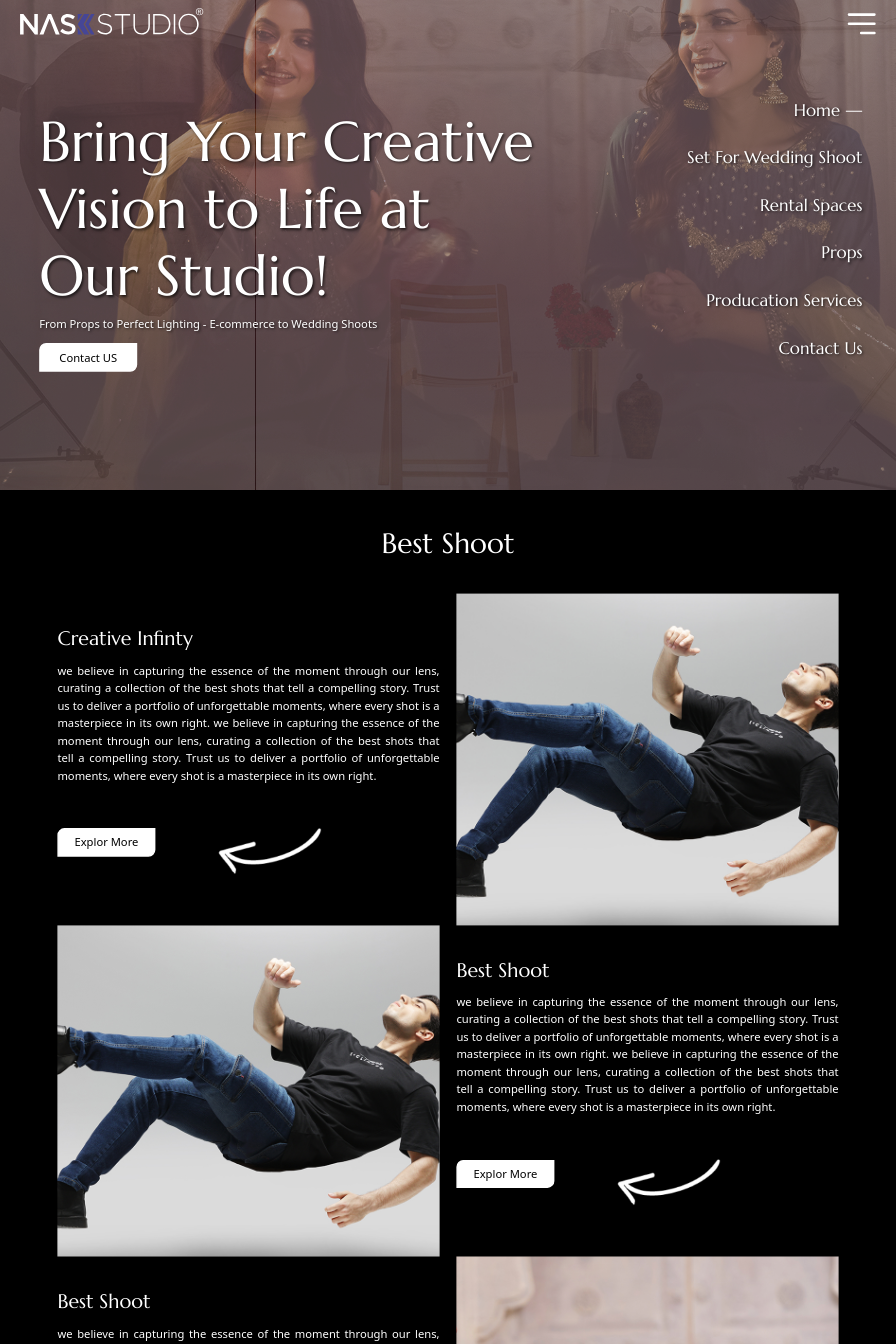
Repository: sagheerNaskSoft/nask-studio-sec-phase
Page: /
The author's editor kept a copy of each file at every save. The page is drawn from the files as they stood at one save, then again after the next save.
The browser window is 1280 px wide. The pictures show the part of the page from y = 0 to 1920 px (the page is 4350 px tall), at 70% of full size.
Backgrounds fixed to the window are drawn as part of the page. The project was rebuilt for these pictures with package versions that can differ from the ones it lists, and the page was loaded fresh each time. Also part of the build but not shown: src/Pages/About.js, src/Component/NavFooter/NavBar.js, src/Component/WeddingSets/Banner.js, src/Component/WeddingSets/StudioSection.js, src/Pages/WeddingSets.js, src/Component/ProductionService/Form1.js, src/Component/ProductionService/Form2.js, src/Component/ProductionService/Form3.js and 12 more.

Above is the page before, as saved 2025-02-03 17:35:56.

### public/index.html
<!DOCTYPE html>
<html lang="en">
  <head>
    <meta charset="utf-8" />
    <link rel="icon" href="%PUBLIC_URL%/favicon.ico" />
    <meta name="viewport" content="width=device-width, initial-scale=1" />
    <meta name="theme-color" content="#000000" />
    <meta
      name="description"
      content="Web site created using create-react-app"
    />
    <link rel="apple-touch-icon" href="%PUBLIC_URL%/logo192.png" />
    <!--
      manifest.json provides metadata used when your web app is installed on a
      user's mobile device or desktop. See https://developers.google.com/web/fundamentals/web-app-manifest/
    -->
    <link rel="manifest" href="%PUBLIC_URL%/manifest.json" />
    <!--
      Notice the use of %PUBLIC_URL% in the tags above.
      It will be replaced with the URL of the `public` folder during the build.
      Only files inside the `public` folder can be referenced from the HTML.

      Unlike "/favicon.ico" or "favicon.ico", "%PUBLIC_URL%/favicon.ico" will
      work correctly both with client-side routing and a non-root public URL.
      Learn how to configure a non-root public URL by running `npm run build`.
    -->
    <title>Nask Studio | Studio Space | Studio Rent</title>
  </head>
  <body>
    <noscript>You need to enable JavaScript to run this app.</noscript>
    <div id="root"></div>
    <!--
      This HTML file is a template.
      If you open it directly in the browser, you will see an empty page.

      You can add webfonts, meta tags, or analytics to this file.
      The build step will place the bundled scripts into the <body> tag.

      To begin the development, run `npm start` or `yarn start`.
      To create a production bundle, use `npm run build` or `yarn build`.
    -->
  </body>
</html>

### src/Component/HomePage/Banner.js
import React, { useEffect, useState } from 'react'
import img1 from '../../Assete/HomaBanner/1.jpg'
import img2 from '../../Assete/HomaBanner/2.jpg'
import img3 from '../../Assete/HomaBanner/3.jpg'
import img4 from '../../Assete/HomaBanner/4.jpg'
import img5 from '../../Assete/HomaBanner/5.jpg'
import img6 from '../../Assete/HomaBanner/6.jpg'
import img7 from '../../Assete/HomaBanner/7.jpg'
import img8 from '../../Assete/HomaBanner/8.jpg'
import logo from '../../Assete/logo/Naskstudio (R).svg'
import { HiMiniBars3BottomRight } from 'react-icons/hi2'
import { Link } from 'react-router-dom'
import { TfiLayoutLineSolid } from 'react-icons/tfi'
import { PiFlipVerticalLight } from 'react-icons/pi'

function Banner({ mousePosition }) {
    const [currentIndex, setCurrentIndex] = useState(0);
    const [isMenuOpen, setIsMenuOpen] = useState(false); // State to toggle menu visibility

    const toggleMenu = () => {
        setIsMenuOpen(!isMenuOpen);
    };
    const images = [
        {
            src: img1,
            text: `Your Perfect Studio <br/> Space for Every<br/> Occasion!`,
            pera: "Props for Every Shoot | E-commerce Photography | Wedding Memories"
        },
        {
            src: img2,
            text: `Studio Space for Rent:<br/> Create, Capture, <br/>Celebrate!`,
            pera: "E-commerce, Weddings, & More - Fully Equipped for Your Vision"
        },
        {
            src: img3,
            text: "Bring Your Creative<br/> Vision to Life at<br/> Our Studio!",
            pera: "From Props to Perfect Lighting - E-commerce to Wedding Shoots"
        },
        {
            src: img4,
            text: "Shoot Like a <br/> Pro in Our Studio<br/> Space!",
            pera: "Ideal for E-commerce, Weddings, and Every Special Moment"
        },
        {
            src: img5,
            text: "Rent the Best<br/> Studio for  Your <br/>Creative Projects!",
            pera: "Props, Perfect Lighting, and Space for All Your Shootsc"
        },
        {
            src: img6,
            text: "Where Creativity<br/> Meets Comfort: Rent <br/> Our Studio!",
            pera: "Where Creativity Meets Comfort: Rent Our Studio!"
        },
        {
            src: img7,
            text: "Where Creativity<br/> Meets Comfort: Rent <br/> Our Studio!",
            pera: "Where Creativity Meets Comfort: Rent Our Studio!"
        },
        {
            src: img8,
            text: "Where Creativity<br/> Meets Comfort: Rent <br/> Our Studio!",
            pera: "Where Creativity Meets Comfort: Rent Our Studio!"
        },

    ];


    useEffect(() => {
        const interval = setInterval(() => {
            setCurrentIndex((prevIndex) => (prevIndex + 1) % images.length);
        }, 3000); // Change every 3 seconds
        return () => clearInterval(interval);
    }, [images.length]);
    return (
        <div className="background-container">
            {/* <div
      className="animated-circle"
      style={{
        transform: `translate(${mousePosition.x}px, ${mousePosition.y}px)`,
      }}
    ></div> */}
            {images.map((image, index) => (
                <div
                    key={index}
                    className={`background ${index === currentIndex ? "active" : ""}`}
                    style={{
                        background: `linear-gradient(to right, rgba(0, 0, 0, 0.338), rgba(0, 0, 0, 0.464)), url(${image.src})`,
                        backgroundSize: "cover",
                        backgroundPosition: "top",
                    }}
                ></div>
            ))}
            <div className='home-bar d-flex justify-content-between px-4'>
                <Link to="/">
                <img className='logo' src={logo} alt='logo' />
                </Link>
                <HiMiniBars3BottomRight className='icons' onClick={toggleMenu} />

                {/* Your Menu */}

                    <div className={`menu ${isMenuOpen?"active":""}`}>
                        {/* Your menu items here */}
                        <div>
                            <ul className='menu-list'>
                                <li>
                                    <Link to={'/'}>Home<TfiLayoutLineSolid className='ms-2' /></Link>
                                </li>
                                <li>
                                    <Link to={'/wedding-sets'}>Set For Wedding Shoot</Link>
                                </li>
                                <li>
                                    <Link to={'/rental-spaces'}>Rental Spaces</Link>
                                </li>
                                <li>
                                    <Link to={'/props'}>Props</Link>
                                </li>
                                <li>
                                    <Link to={'/production-service'}>Producation Services</Link>
                                </li>
                                <li>
                                    <Link>Contact Us</Link>
                                </li>
                                <div className='close-minu-button'>
                                    <button onClick={toggleMenu}>close Menu</button>
                                </div>
                            </ul>
                        </div>
                    </div>

            </div>
            <div className="text-overlay">
                <div>
                    <h1 dangerouslySetInnerHTML={{
                        __html: images[currentIndex].text,
                    }}>

                    </h1>
                    <p>{images[currentIndex].pera}</p>
                    <button className='banner_btn'>Contact US <PiFlipVerticalLight className="btn_icon" />
                    </button>
                </div>
                <div>
                    <ul>
                        <li>
                            <Link to={'/'}>Home<TfiLayoutLineSolid className='ms-2' /></Link>
                        </li>
                        <li>
                            <Link to={'/wedding-sets'}>Set For Wedding Shoot</Link>
                        </li>
                        <li>
                            <Link to={'/rental-spaces'}>Rental Spaces</Link>
                        </li>
                        <li>
                            <Link to={'/props'}>Props</Link>
                        </li>
                        <li>
                            <Link to={'/production-service'}>Producation Services</Link>
                        </li>
                        <li>
                            <Link>Contact Us</Link>
                        </li>

                    </ul>
                </div>
            </div>

        </div>
    )
}

export default Banner

Loaded but not shown: src/index.js (common file); src/index.css (common file); src/reportWebVitals.js (common file); src/Component/HomePage/ShootSection.js (99 lines, source omitted); src/Component/NavFooter/Footer.js (43 lines, source omitted); src/Component/HomePage/SerivceSetion.js (67 lines, source omitted); src/Pages/Home.js (36 lines, source omitted); src/App.js (31 lines, source omitted); src/App.css (916 lines, source omitted)

After the next save:
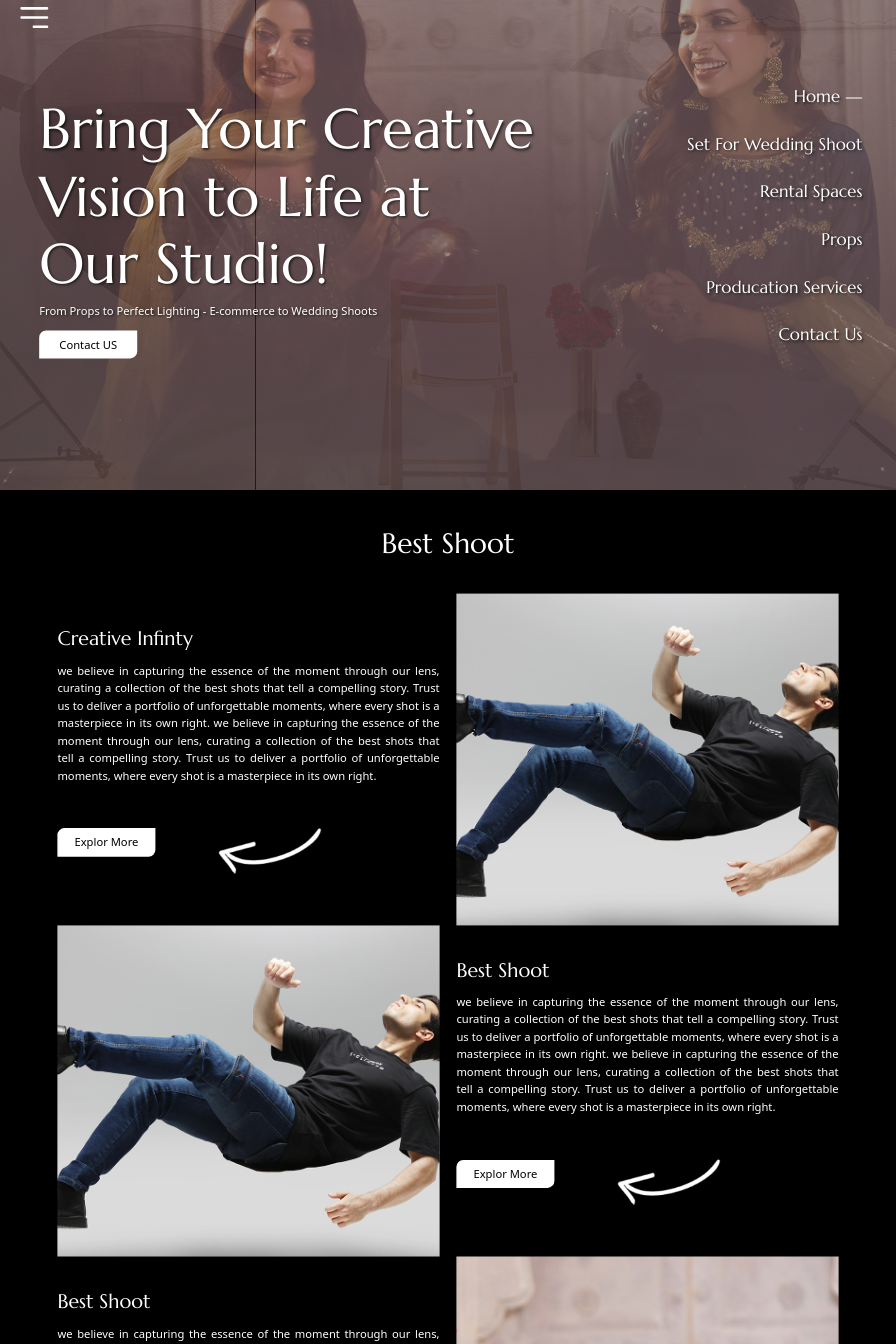
Saved 27 s later.
--- a/src/Component/HomePage/Banner.js
+++ b/src/Component/HomePage/Banner.js
@@ -91,9 +91,7 @@
                 ></div>
             ))}
             <div className='home-bar d-flex justify-content-between px-4'>
-                <Link to="/">
-                <img className='logo' src={logo} alt='logo' />
-                </Link>
+
                 <HiMiniBars3BottomRight className='icons' onClick={toggleMenu} />
 
                 {/* Your Menu */}

After the save that followed:
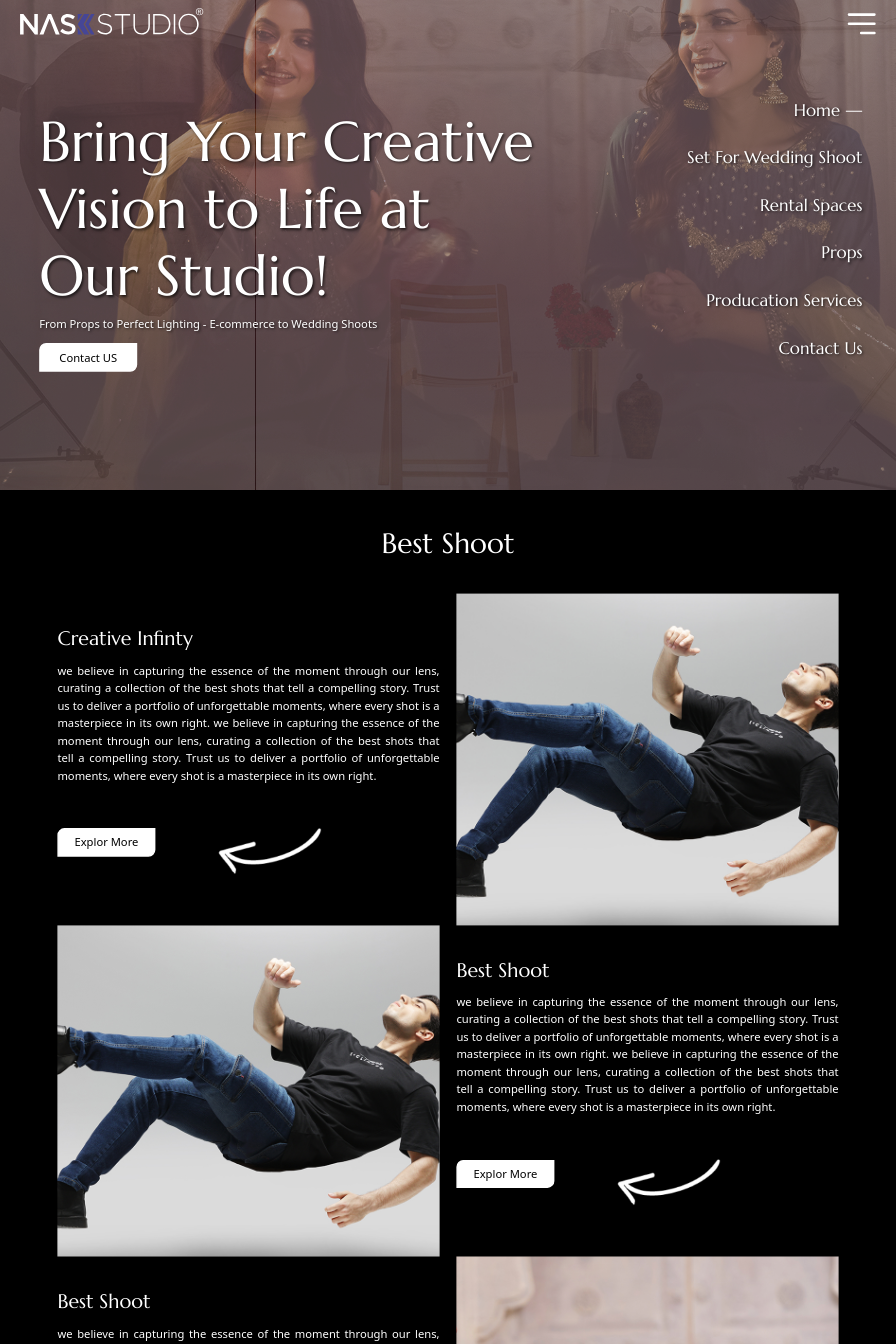
Saved 4 s later.
--- a/src/Component/HomePage/Banner.js
+++ b/src/Component/HomePage/Banner.js
@@ -91,7 +91,7 @@
                 ></div>
             ))}
             <div className='home-bar d-flex justify-content-between px-4'>
-
+                <img className='logo' src={logo} alt='logo' />
                 <HiMiniBars3BottomRight className='icons' onClick={toggleMenu} />
 
                 {/* Your Menu */}
